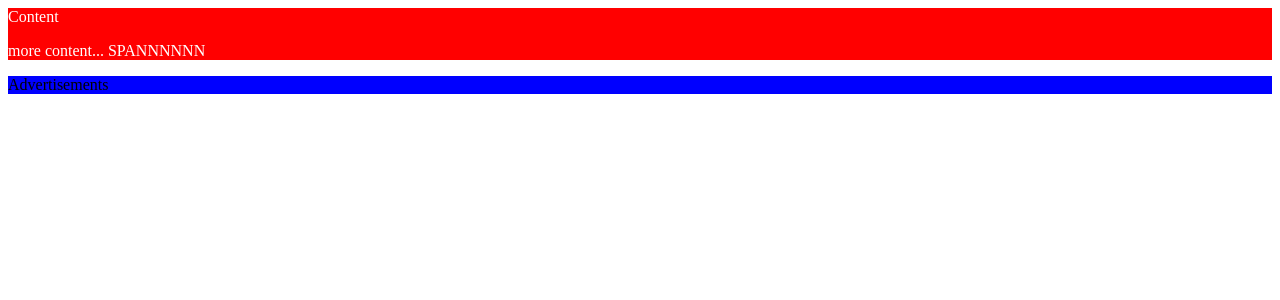
Repository: Peacepapi/1702Java
Page: web/src/main/webapp/divisions.html
An editor plug-in stored every save of this project. The page is shown before and after the next save, followed by the edit.
The browser window is 1280 px wide. The pictures show the whole page.

Above is the page before, as saved 2017-02-24 15:05:59.

After the next save:
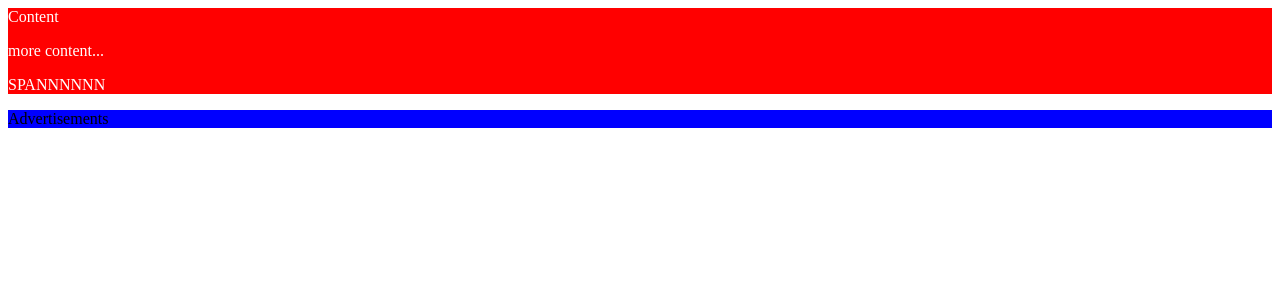
Saved 20 s later.
--- a/web/src/main/webapp/divisions.html
+++ b/web/src/main/webapp/divisions.html
@@ -16,7 +16,7 @@
 <body>
 
 <div id="a">Content
-	<p>more content... <span>SPANNNNNN</span></p>
+	<p>more content... <div>SPANNNNNN</div></p>
 </div>
 
 <div id="b">Advertisements</div>
